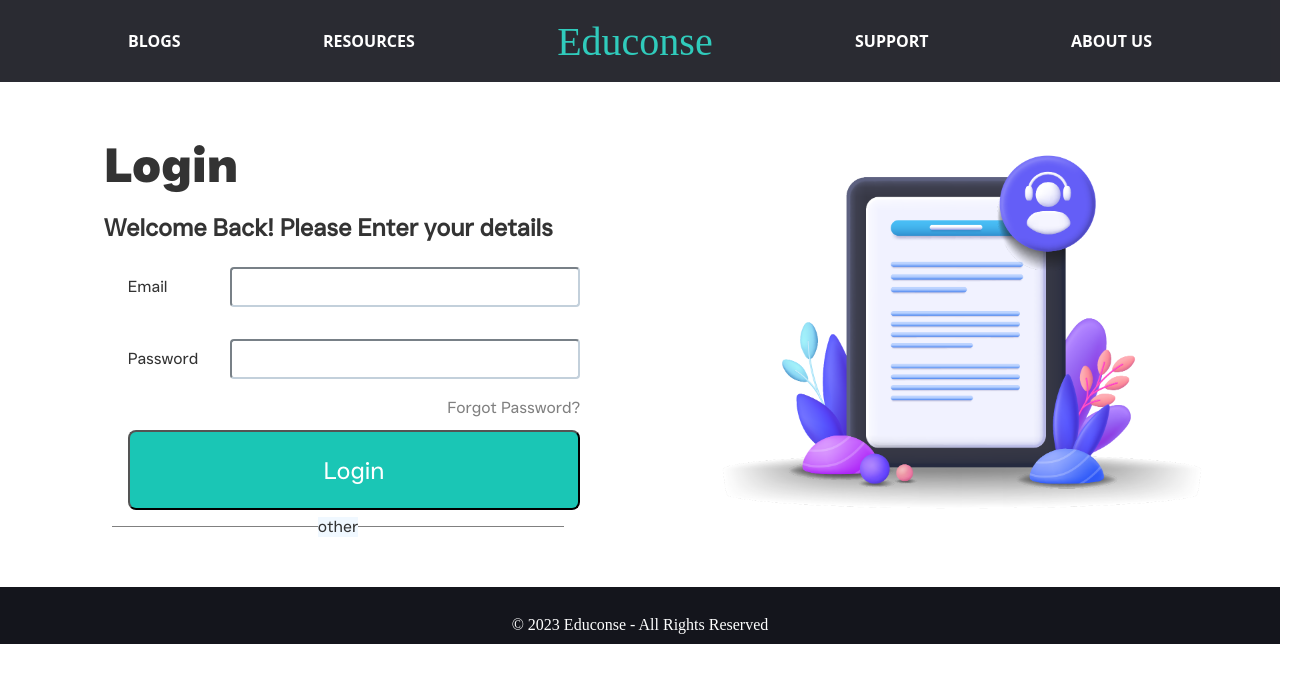
Repository: devajay07/educonse
Page: pages/login.html
An editor plug-in stored every save of this project. The page is shown before and after the next save, followed by the edit.
The browser window is 1280 px wide. The page is 1312 px wide, so the pictures cover 1312 px, including what lies to the right of the window. The pictures show the whole page.

Above is the page before, as saved 2023-10-15 03:03:57.

After the next save:
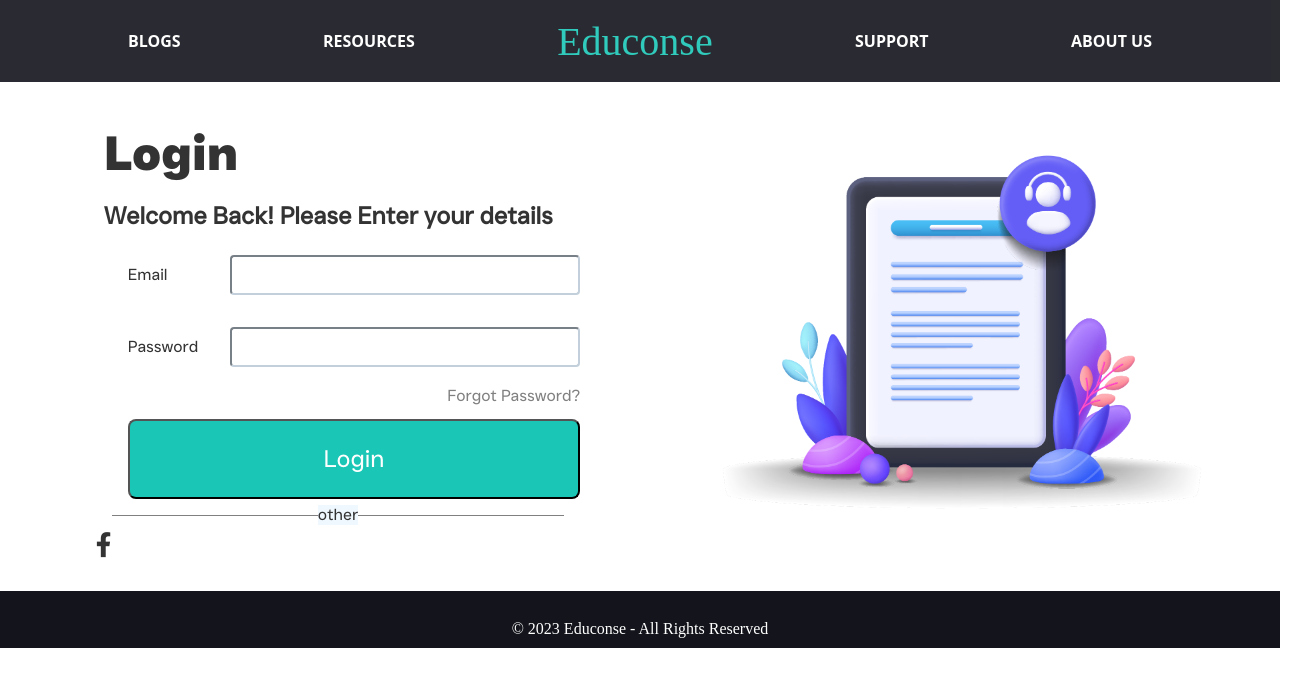
Saved 7 s later.
--- a/pages/login.html
+++ b/pages/login.html
@@ -43,6 +43,7 @@
 
           </div>
           <div class="facebook">
+            <i class="fa-brands fa-facebook-f"></i>
 
           </div>
         </div>
